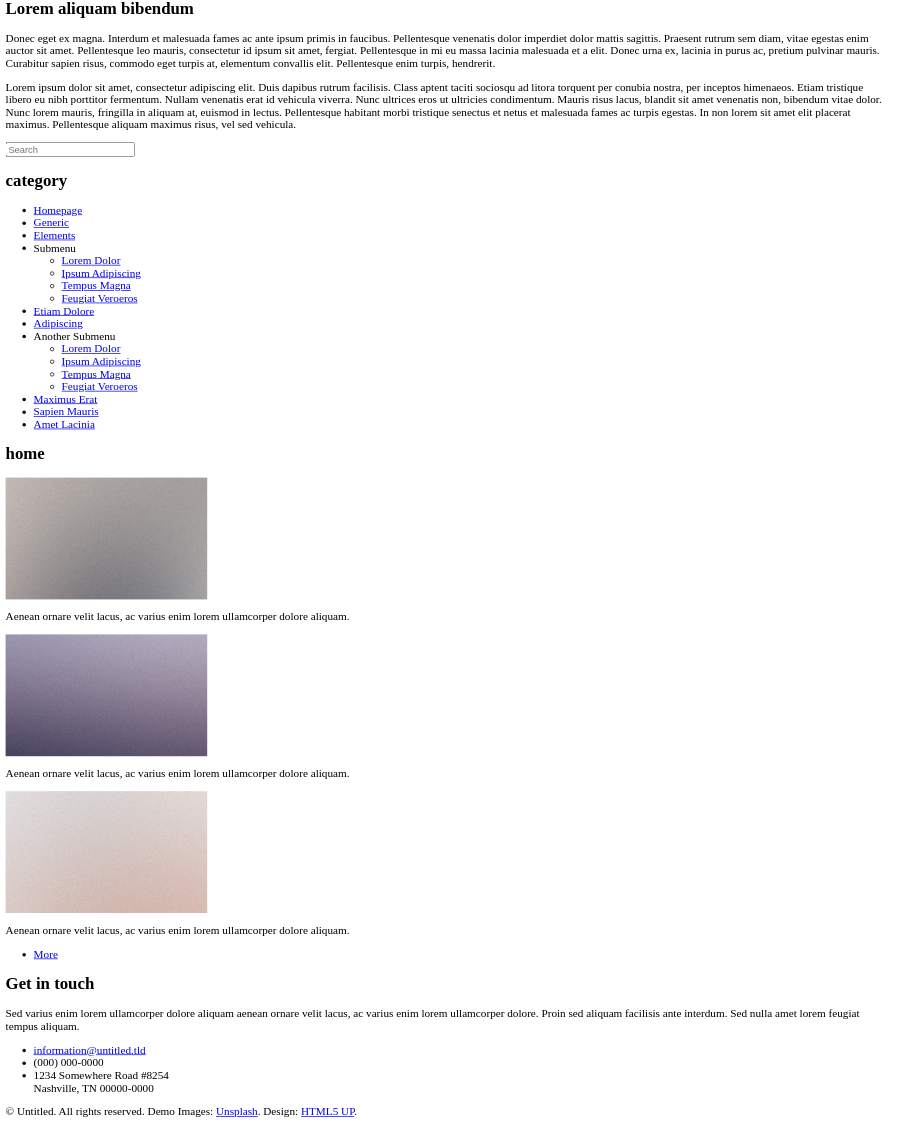
Repository: noCountJun/blog
Page: http://localhost/blogProject2/WEB-INF/views/board/bootTest.jsp
These files come from the project's save history. The page is drawn as it stood at one moment and after the next save; the edit follows.
The browser window is 1280 px wide. The page is 1288 px wide, so the pictures cover 1288 px, including what lies to the right of the window. The pictures show the part of the page from y = 1335 to 3215 px (the page is 2949 px tall before and 3706 px after), at 70% of full size.
The page is served by Tomcat 9. Nobody is signed in. The template is opened directly, without the code that normally fills it, so the values that code supplies are empty.

Above is the page before, as saved 2019-08-20 07:31:48.

After the next save:
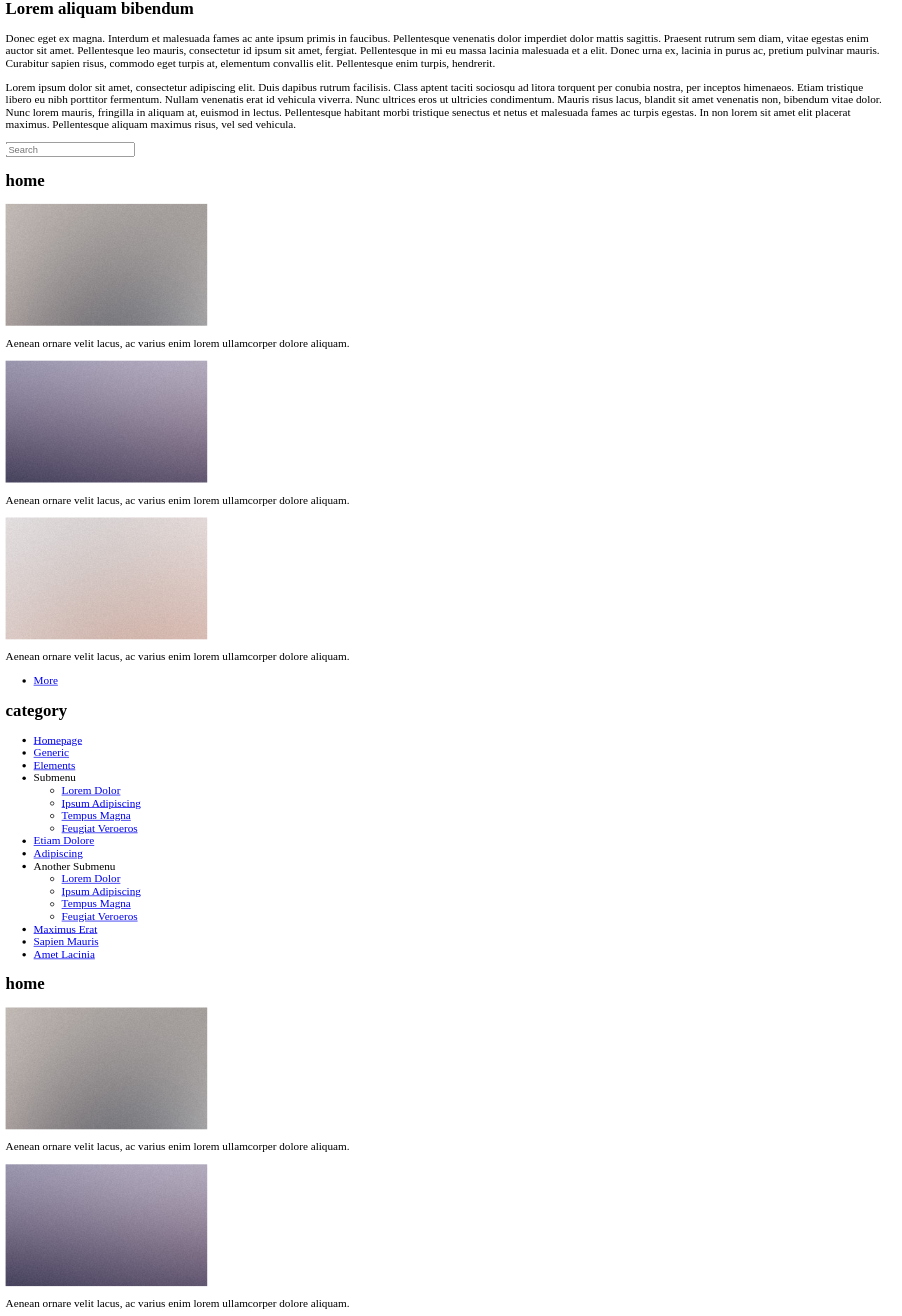
Saved 118 s later.
--- a/blogProject2/src/main/webapp/WEB-INF/views/category/category.jsp
+++ b/blogProject2/src/main/webapp/WEB-INF/views/category/category.jsp
@@ -10,6 +10,30 @@
 			<form method="post" action="#">
 				<input type="text" name="query" id="query" placeholder="Search" />
 			</form>
+		</section>
+
+		<!-- Section -->
+		<section>
+			<header class="major">
+				<h2>home</h2>
+			</header>
+			<div class="mini-posts">
+				<article>
+					<a href="#" class="image"><img src="/resources/images/pic07.jpg" alt="" /></a>
+					<p>Aenean ornare velit lacus, ac varius enim lorem ullamcorper dolore aliquam.</p>
+				</article>
+				<article>
+					<a href="#" class="image"><img src="/resources/images/pic08.jpg" alt="" /></a>
+					<p>Aenean ornare velit lacus, ac varius enim lorem ullamcorper dolore aliquam.</p>
+				</article>
+				<article>
+					<a href="#" class="image"><img src="/resources/images/pic09.jpg" alt="" /></a>
+					<p>Aenean ornare velit lacus, ac varius enim lorem ullamcorper dolore aliquam.</p>
+				</article>
+			</div>
+			<ul class="actions">
+				<li><a href="#" class="button">More</a></li>
+			</ul>
 		</section>
 
 		<!-- Menu -->
